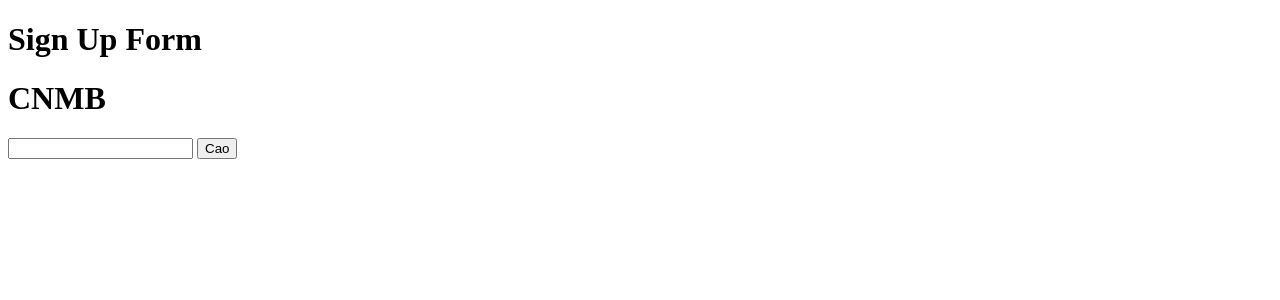
Repository: FWBMKII/csc207
Page: cnmb/cnmb.html
An editor plug-in stored every save of this project. The page is shown before and after the next save, followed by the edit.
The browser window is 1280 px wide. The pictures show the whole page.

Above is the page before, as saved 2015-04-27 19:28:26.

### cnmb/cnmb.html
<!DOCTYPE html PUBLIC "-//W3C//DTD HTML 4.01 Transitional//EN" "http://www.w3.org/TR/html4/loose.dtd">
<html>
<head>
<meta http-equiv="Content-Type" content="text/html; charset=UTF-8">
<title>（╯‵□′）╯︵┴─┴</title>
</head>
<body>
	<h1>Sign Up Form</h1>
	<form action="cnmb.php" method="get">
		<h1>CNMB</h1>
		<input type="text" name="name"/>
		<input type="submit" value="Cao"/>
	</form>
</body>
</html>

After the next save:
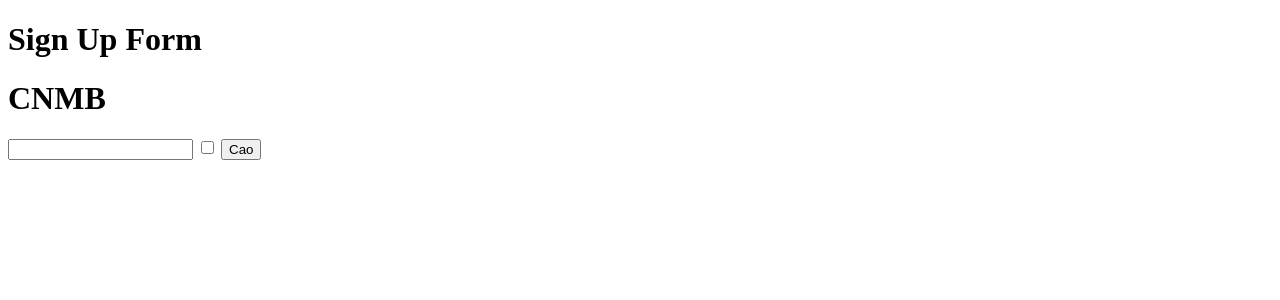
Saved 90 s later.
--- a/cnmb/cnmb.html
+++ b/cnmb/cnmb.html
@@ -9,6 +9,7 @@
 	<form action="cnmb.php" method="get">
 		<h1>CNMB</h1>
 		<input type="text" name="name"/>
+		<input type="checkbox" name="over18"/>
 		<input type="submit" value="Cao"/>
 	</form>
 </body>
